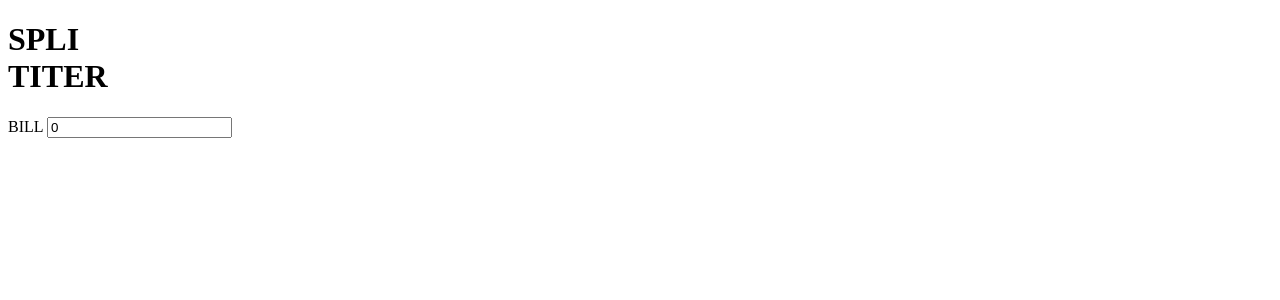
Repository: kellyjohanasalb/calduladora
Page: index.html
The author's editor kept a copy of each file at every save. The page is drawn from the files as they stood at one save, then again after a run of saves.
The browser window is 1280 px wide. The pictures show the whole page.

Above is the page before, as saved 2023-08-15 20:55:59.

### index.html
<!DOCTYPE html>
<html lang="en">
<head>
    <meta charset="UTF-8">
    <meta name="viewport" content="width=, initial-scale=1.0">
    <title>Calculadora</title>
</head>
<body>
    <header class="header">
        <h1 class="header__title">SPLI <br> TITER</h1>
    </header>
    <section class="calculator-container">
        <div class="inputs-section">
            <label for="bill" class="inputs-section__bill-label">BILL</label>
            <input id="bill"  class="inputs-section__bill-input" type="nukber"  value="0">
        </div>
        <div class="result-section">

        </div>
    </section>
</body>
</html>

After the next 3 saves:
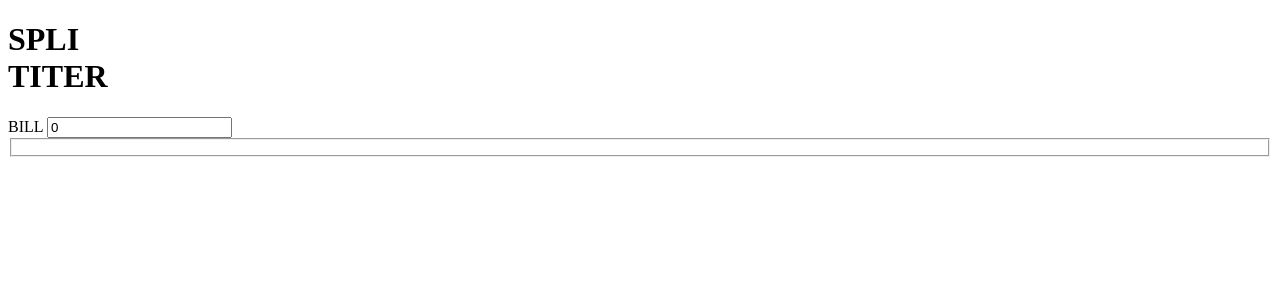
The 3 saves are shown as one change because they came seconds apart.
The last was saved 3 min 45 s later.
--- a/index.html
+++ b/index.html
@@ -13,6 +13,10 @@
         <div class="inputs-section">
             <label for="bill" class="inputs-section__bill-label">BILL</label>
             <input id="bill"  class="inputs-section__bill-input" type="nukber"  value="0">
+
+            <fieldset>
+
+            </fieldset>
         </div>
         <div class="result-section">
 
